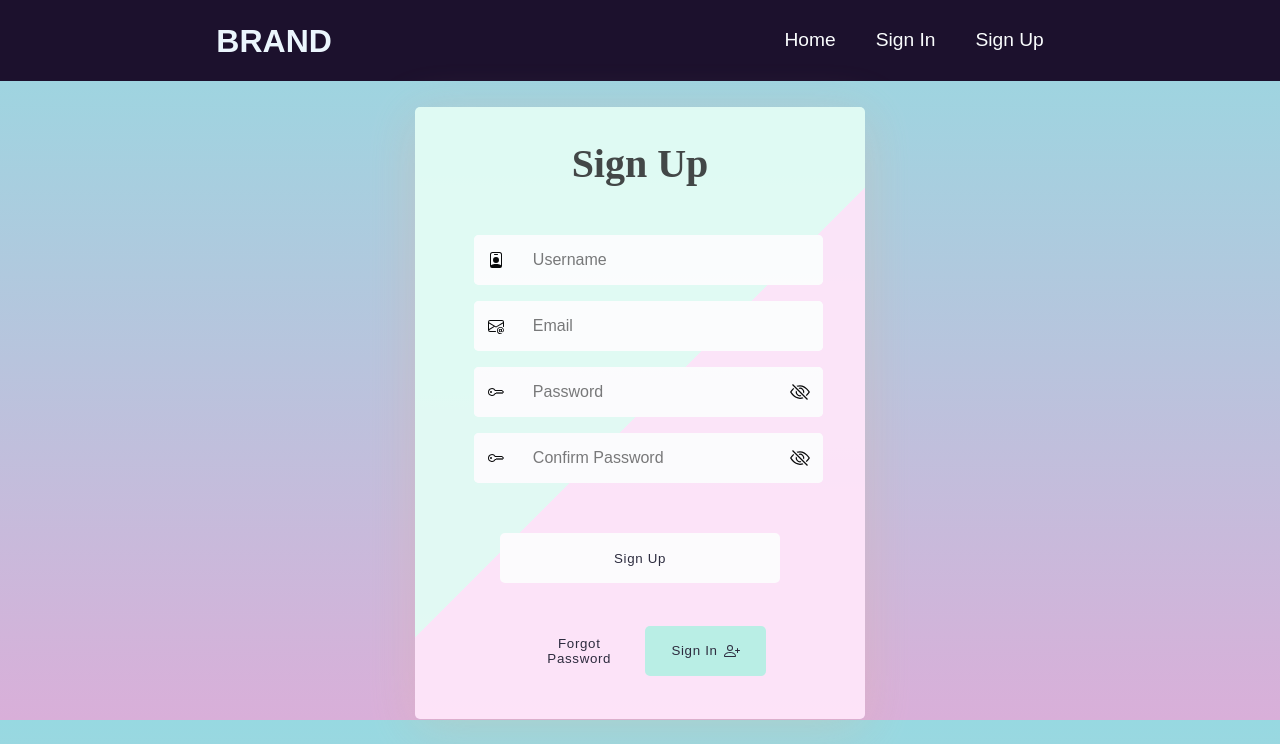
Repository: code-mtaani/ojwang-frontend
Page: /signup
The author's editor kept a copy of each file at every save. The page is drawn from the files as they stood at one save, then again after the next save.
The browser window is 1280 px wide. The pictures show the whole page.
Backgrounds fixed to the window are drawn as part of the page. The project was rebuilt for these pictures with package versions that can differ from the ones it lists, and the page was loaded fresh each time. Also part of the build but not shown: vite.config.ts, src/Pages/HomePage/Home.pages.tsx, src/Pages/SignIn/SignIn.pages.tsx.

Above is the page before, as saved 2023-02-01 14:07:42.

### src/App.tsx
import { BrowserRouter as Router, Routes, Route } from "react-router-dom";

import Navigation from "./Components/Nav";
import Home from './Pages/HomePage'
import SignIn from "./Pages/SignIn";
import SignUp from "./Pages/SignUp"

function App() {
  return (
    <Router>
      <div className="App">
        <Navigation />
        <Routes>
          <Route path="/" element={<Home />} />
          <Route path="/signin" element={<SignIn/>} />
          <Route path="/signup" element={<SignUp/>} />
        </Routes>
      </div>
    </Router>
  );
}

export default App;

### src/index.css
* {
  padding: 0;
  margin: 0;
  box-sizing: border-box;
}
/* End Global rules */

/* Start body rules */
body {
  background-image: linear-gradient(-225deg, #e3fdf5 0%, #ffe6fa 100%);
  background-image: linear-gradient(to top, #a8edea 0%, #fed6e3 100%);
  background-attachment: fixed;
  background-repeat: no-repeat;

  font-family: "Vibur", cursive;
  /*   the main font */
  font-family: "Abel", sans-serif;
  opacity: 0.95;
  background-image: linear-gradient(to top, #d9afd9 0%, #97d9e1 100%);
}
@media screen and (min-width: 440px) {
  .app{
    border:2px solid green;
  }
}
/* end body rules */

### src/Components/Nav/index.js
export {default} from './Navigation.component'

### src/Pages/HomePage/index.ts
export { default } from "./Home.pages";

### src/Pages/SignIn/index.ts
export { default } from './SignIn.pages'

### src/Pages/SignUp/index.ts
export {default} from './SignUp.pages'

### src/Components/Nav/Navigation.component.tsx
import React from "react";
import {Link} from "react-router-dom"
import './nav.css'

const Navigation = () => {
  return (
    <nav className="navbar">
      <div className="left">
        <h1><Link to="/"> BRAND </Link></h1>
      </div>

      <div className="right">
        <input type="checkbox" id="check" />
        <label htmlFor="check" className="checkBtn">
          <svg
            xmlns="http://www.w3.org/2000/svg"
            width="30"
            height="30"
            fill="currentColor"
            className="bi bi-justify"
            viewBox="0 0 16 16"
          >
            <path
              fillRule="evenodd"
              d="M2 12.5a.5.5 0 0 1 .5-.5h11a.5.5 0 0 1 0 1h-11a.5.5 0 0 1-.5-.5zm0-3a.5.5 0 0 1 .5-.5h11a.5.5 0 0 1 0 1h-11a.5.5 0 0 1-.5-.5zm0-3a.5.5 0 0 1 .5-.5h11a.5.5 0 0 1 0 1h-11a.5.5 0 0 1-.5-.5zm0-3a.5.5 0 0 1 .5-.5h11a.5.5 0 0 1 0 1h-11a.5.5 0 0 1-.5-.5z"
            />
          </svg>
        </label>

        <ul className="list">
          <li> <Link to="/">Home</Link></li>
          <li> <Link to="/signin">Sign In</Link></li>
          <li> <Link to="signup">Sign Up</Link></li>
        </ul>
      </div>
    </nav>
  );
};

export default Navigation;

### src/Pages/SignUp/SignUp.pages.tsx
import React from "react";
import "./Signup.css";

const SignUp = () => {
  return (
    <div className="overlay">
      <form>
        {/* con = Container  for items in the form */}
        <div className="con">
          {/* <!--     Start  header Content  --> */}
          <header className="head-form">
            <h2>Sign Up</h2>
          </header>
          {/* End  header Content */}
          <br />
          <div className="field-set">
            {/* inputs */}
            <div className="test">
              <div className="key">
                <svg
                  xmlns="http://www.w3.org/2000/svg"
                  width="16"
                  height="16"
                  fill="currentColor"
                  className="bi bi-person-badge"
                  viewBox="0 0 16 16"
                >
                  <path d="M6.5 2a.5.5 0 0 0 0 1h3a.5.5 0 0 0 0-1h-3zM11 8a3 3 0 1 1-6 0 3 3 0 0 1 6 0z" />
                  <path d="M4.5 0A2.5 2.5 0 0 0 2 2.5V14a2 2 0 0 0 2 2h8a2 2 0 0 0 2-2V2.5A2.5 2.5 0 0 0 11.5 0h-7zM3 2.5A1.5 1.5 0 0 1 4.5 1h7A1.5 1.5 0 0 1 13 2.5v10.795a4.2 4.2 0 0 0-.776-.492C11.392 12.387 10.063 12 8 12s-3.392.387-4.224.803a4.2 4.2 0 0 0-.776.492V2.5z" />
                </svg>
              </div>
              <input type="text" name="username" id="" placeholder="Username" />
              <div className="show"></div>
            </div>
            <div className="test">
              <div className="key">
                <svg
                  xmlns="http://www.w3.org/2000/svg"
                  width="16"
                  height="16"
                  fill="currentColor"
                  className="bi bi-envelope-at"
                  viewBox="0 0 16 16"
                >
                  <path d="M2 2a2 2 0 0 0-2 2v8.01A2 2 0 0 0 2 14h5.5a.5.5 0 0 0 0-1H2a1 1 0 0 1-.966-.741l5.64-3.471L8 9.583l7-4.2V8.5a.5.5 0 0 0 1 0V4a2 2 0 0 0-2-2H2Zm3.708 6.208L1 11.105V5.383l4.708 2.825ZM1 4.217V4a1 1 0 0 1 1-1h12a1 1 0 0 1 1 1v.217l-7 4.2-7-4.2Z" />
                  <path d="M14.247 14.269c1.01 0 1.587-.857 1.587-2.025v-.21C15.834 10.43 14.64 9 12.52 9h-.035C10.42 9 9 10.36 9 12.432v.214C9 14.82 10.438 16 12.358 16h.044c.594 0 1.018-.074 1.237-.175v-.73c-.245.11-.673.18-1.18.18h-.044c-1.334 0-2.571-.788-2.571-2.655v-.157c0-1.657 1.058-2.724 2.64-2.724h.04c1.535 0 2.484 1.05 2.484 2.326v.118c0 .975-.324 1.39-.639 1.39-.232 0-.41-.148-.41-.42v-2.19h-.906v.569h-.03c-.084-.298-.368-.63-.954-.63-.778 0-1.259.555-1.259 1.4v.528c0 .892.49 1.434 1.26 1.434.471 0 .896-.227 1.014-.643h.043c.118.42.617.648 1.12.648Zm-2.453-1.588v-.227c0-.546.227-.791.573-.791.297 0 .572.192.572.708v.367c0 .573-.253.744-.564.744-.354 0-.581-.215-.581-.8Z" />
                </svg>
              </div>
              <input type="email" name="email" placeholder="Email" />
              <div className="show"></div>
            </div>
            <div className="test">
              <div className="key">
                <svg
                  xmlns="http://www.w3.org/2000/svg"
                  width="16"
                  height="16"
                  fill="currentColor"
                  className="bi bi-key"
                  viewBox="0 0 16 16"
                >
                  <path d="M0 8a4 4 0 0 1 7.465-2H14a.5.5 0 0 1 .354.146l1.5 1.5a.5.5 0 0 1 0 .708l-1.5 1.5a.5.5 0 0 1-.708 0L13 9.207l-.646.647a.5.5 0 0 1-.708 0L11 9.207l-.646.647a.5.5 0 0 1-.708 0L9 9.207l-.646.647A.5.5 0 0 1 8 10h-.535A4 4 0 0 1 0 8zm4-3a3 3 0 1 0 2.712 4.285A.5.5 0 0 1 7.163 9h.63l.853-.854a.5.5 0 0 1 .708 0l.646.647.646-.647a.5.5 0 0 1 .708 0l.646.647.646-.647a.5.5 0 0 1 .708 0l.646.647.793-.793-1-1h-6.63a.5.5 0 0 1-.451-.285A3 3 0 0 0 4 5z" />
                  <path d="M4 8a1 1 0 1 1-2 0 1 1 0 0 1 2 0z" />
                </svg>
              </div>
              <input type="password" name="pasword" placeholder="Password" />
              <div className="show">
                <svg
                  xmlns="http://www.w3.org/2000/svg"
                  width="20"
                  height="20"
                  fill="currentColor"
                  className="bi bi-eye-slash"
                  viewBox="0 0 16 16"
                >
                  <path d="M13.359 11.238C15.06 9.72 16 8 16 8s-3-5.5-8-5.5a7.028 7.028 0 0 0-2.79.588l.77.771A5.944 5.944 0 0 1 8 3.5c2.12 0 3.879 1.168 5.168 2.457A13.134 13.134 0 0 1 14.828 8c-.058.087-.122.183-.195.288-.335.48-.83 1.12-1.465 1.755-.165.165-.337.328-.517.486l.708.709z" />
                  <path d="M11.297 9.176a3.5 3.5 0 0 0-4.474-4.474l.823.823a2.5 2.5 0 0 1 2.829 2.829l.822.822zm-2.943 1.299.822.822a3.5 3.5 0 0 1-4.474-4.474l.823.823a2.5 2.5 0 0 0 2.829 2.829z" />
                  <path d="M3.35 5.47c-.18.16-.353.322-.518.487A13.134 13.134 0 0 0 1.172 8l.195.288c.335.48.83 1.12 1.465 1.755C4.121 11.332 5.881 12.5 8 12.5c.716 0 1.39-.133 2.02-.36l.77.772A7.029 7.029 0 0 1 8 13.5C3 13.5 0 8 0 8s.939-1.721 2.641-3.238l.708.709zm10.296 8.884-12-12 .708-.708 12 12-.708.708z" />
                </svg>
              </div>
            </div>
            <div className="test">
              <div className="key">
                <svg
                  xmlns="http://www.w3.org/2000/svg"
                  width="16"
                  height="16"
                  fill="currentColor"
                  className="bi bi-key"
                  viewBox="0 0 16 16"
                >
                  <path d="M0 8a4 4 0 0 1 7.465-2H14a.5.5 0 0 1 .354.146l1.5 1.5a.5.5 0 0 1 0 .708l-1.5 1.5a.5.5 0 0 1-.708 0L13 9.207l-.646.647a.5.5 0 0 1-.708 0L11 9.207l-.646.647a.5.5 0 0 1-.708 0L9 9.207l-.646.647A.5.5 0 0 1 8 10h-.535A4 4 0 0 1 0 8zm4-3a3 3 0 1 0 2.712 4.285A.5.5 0 0 1 7.163 9h.63l.853-.854a.5.5 0 0 1 .708 0l.646.647.646-.647a.5.5 0 0 1 .708 0l.646.647.646-.647a.5.5 0 0 1 .708 0l.646.647.793-.793-1-1h-6.63a.5.5 0 0 1-.451-.285A3 3 0 0 0 4 5z" />
                  <path d="M4 8a1 1 0 1 1-2 0 1 1 0 0 1 2 0z" />
                </svg>
              </div>
              <input
                type="password"
                name="confirmPassword"
                placeholder="Confirm Password"
              />
              <div className="show">
                <svg
                  xmlns="http://www.w3.org/2000/svg"
                  width="20"
                  height="20"
                  fill="currentColor"
                  className="bi bi-eye-slash"
                  viewBox="0 0 16 16"
                >
                  <path d="M13.359 11.238C15.06 9.72 16 8 16 8s-3-5.5-8-5.5a7.028 7.028 0 0 0-2.79.588l.77.771A5.944 5.944 0 0 1 8 3.5c2.12 0 3.879 1.168 5.168 2.457A13.134 13.134 0 0 1 14.828 8c-.058.087-.122.183-.195.288-.335.48-.83 1.12-1.465 1.755-.165.165-.337.328-.517.486l.708.709z" />
                  <path d="M11.297 9.176a3.5 3.5 0 0 0-4.474-4.474l.823.823a2.5 2.5 0 0 1 2.829 2.829l.822.822zm-2.943 1.299.822.822a3.5 3.5 0 0 1-4.474-4.474l.823.823a2.5 2.5 0 0 0 2.829 2.829z" />
                  <path d="M3.35 5.47c-.18.16-.353.322-.518.487A13.134 13.134 0 0 0 1.172 8l.195.288c.335.48.83 1.12 1.465 1.755C4.121 11.332 5.881 12.5 8 12.5c.716 0 1.39-.133 2.02-.36l.77.772A7.029 7.029 0 0 1 8 13.5C3 13.5 0 8 0 8s.939-1.721 2.641-3.238l.708.709zm10.296 8.884-12-12 .708-.708 12 12-.708.708z" />
                </svg>
              </div>
            </div>
            <br />
            {/*  buttons */}
            {/*button LogIn */}
            <button className="log-in"> Sign Up </button>
          </div>

          {/* other buttons */}
          <div className="other">
            {/* Forgot Password button */}
            <button className="btn submits frgt-pass">Forgot Password</button>
            {/* Sign Up button */}
            <button className="btn submits sign-up">
              Sign In
              {/* Sign Up font icon */}
              <svg
                xmlns="http://www.w3.org/2000/svg"
                width="16"
                height="16"
                fill="currentColor"
                className="bi bi-person-plus"
                viewBox="0 0 16 16"
              >
                <path d="M6 8a3 3 0 1 0 0-6 3 3 0 0 0 0 6zm2-3a2 2 0 1 1-4 0 2 2 0 0 1 4 0zm4 8c0 1-1 1-1 1H1s-1 0-1-1 1-4 6-4 6 3 6 4zm-1-.004c-.001-.246-.154-.986-.832-1.664C9.516 10.68 8.289 10 6 10c-2.29 0-3.516.68-4.168 1.332-.678.678-.83 1.418-.832 1.664h10z" />
                <path
                  fillRule="evenodd"
                  d="M13.5 5a.5.5 0 0 1 .5.5V7h1.5a.5.5 0 0 1 0 1H14v1.5a.5.5 0 0 1-1 0V8h-1.5a.5.5 0 0 1 0-1H13V5.5a.5.5 0 0 1 .5-.5z"
                />
              </svg>
            </button>
            {/* End Other the Division */}
          </div>

          {/* End Conrainer */}
        </div>

        {/* End Form */}
      </form>
    </div>
  );
};

export default SignUp;

### src/Components/Nav/nav.css
.navbar{
    background-color: rgb(22,7,36);
    display: flex;
    justify-content: space-around;
    align-items: center;
    line-height: 5rem;
}

.left h1{
    font-size: 2rem;
    cursor: pointer;
}
.left h1 a{
    text-decoration: none;
    color: aliceblue;
}

.checkBtn{
    display: none;
}
#check{
    display: none;
}
.checkBtn{
    cursor: pointer;
    font-size: 30px;
    float: right;
    color: #ed1e79;
    line-height: 88px;
}

.right ul{
    display: flex;
    list-style: none;
}
.right ul li a {
    padding: 10px 20px;
    font-size: 1.2rem;
    color: white;
    cursor: pointer;
    text-decoration: none;
    transition: all 1s;
}

.right ul li a:hover{
    background-color: #fff;
    border-radius: 7px;
    color: rgb(22, 7, 36);
    margin-left: 4px ;
    margin-right: 4px ;
}

/* ================================== Media Queries=================================================== */

@media screen and (max-width:805px){
    .list{
        width: 100%;
        height: 100vh;
        background-color: rgb(22, 7, 36);
        text-align: center;
        display: flex;
        flex-direction: column;
        position: fixed;
        top: 5rem;
        left: 100%;
        transition: all 1s;
    }

    #check{
        display: none;
    }
    .checkBtn{
        display: block;
    }
    #check:checked~ul{
        left: 0%
    }
}
@media screen and (max-width:450px) {
    .navbar{
        width: 100vw;
    }

}

### src/Pages/SignUp/Signup.css
/* Start form  attributes */
form {
  width: 450px;
  min-height: 500px;
  height: auto;
  border-radius: 5px;
  margin: 2% auto;
  box-shadow: 0 9px 50px hsla(20, 67%, 75%, 0.31);
  padding: 2%;
  background-image: linear-gradient(-225deg, #e3fdf5 50%, #ffe6fa 50%);
}
@media screen and (max-width: 450px) {
  form {
    width: 90vw;
    margin: 20 auto;
  }
}
/* form Container */
form .con {
  display: -webkit-flex;
  display: flex;

  -webkit-justify-content: space-around;
  justify-content: space-around;

  -webkit-flex-wrap: wrap;
  flex-wrap: wrap;
  margin: 0 auto;
}

/* the header form  */
header {
  margin: 2% auto 10% auto;
  text-align: center;
}
/* Login title form  */
header h2 {
  font-size: 250%;
  font-family: "Playfair Display", serif;
  color: #3e403f;
}
/*  A welcome message or an explanation of the login form */
header p {
  letter-spacing: 0.05em;
}
header img {
  width: 10rem;
  height: 8rem;
}


/* focus  */
input:focus {
  transform: translateX(-3px);
  border-radius: 5px;
}

.test {
  display: flex;
  justify-content: space-between;
  align-items: center;
  background-color: white;
  height: 50px;
  margin: 0.5rem;
  border-radius: 0.3rem;
  width: 100%;
}
.test .key {
  background-color: white;
  display: flex;
  align-items: center;
  justify-content: center;
  width: 3rem;
  height: 100%;
  border-radius: 5px 0px 0px 5px;
}
.test .key svg {
  margin: 5px;
}
.test input {
  height: 100%;
  width: 80%;
  font-size: 16px;
  padding: 15px;
  font-family: "Abel", sans-serif;
  font-size: 16px;
  color: #5e6472;
  transition: 0.4s linear;
   outline: none;
  border: none;
}
.test .show {
  background-color: white;
  height: 100%;
  display: flex;
  align-items: center;
  justify-content: center;
  width: 3rem;
  border-radius: 0px 5px 5px 0px;
}
.field-set {
    display: flex;
    flex-direction: column;
}
/* input[type="text"] {min-width: 250px;} */
/* buttons  */

button {
  display: inline-block;
  color: #252537;

  width: 280px;
  height: 50px;

  padding: 0 20px;
  background: #fff;
  border-radius: 5px;

  outline: none;
  border: none;

  cursor: pointer;
  text-align: center;
  transition: all 0.2s linear;

  margin: 7% auto;
  letter-spacing: 0.05em;
}

/* Submits */
.submits {
  width: 48%;
  display: inline-block;
  float: left;
  margin-left: 2%;
}

/*       Forgot Password button FAF3DD  */
.frgt-pass {
  background: transparent;
}
/*     Sign Up button  */
.sign-up {
  background: #b8f2e6;
  display: flex;
  align-items: center;
  justify-content: space-evenly;
  font-weight: 500;
}

/* buttons hover */
button:hover {
  transform: translatey(3px);
  box-shadow: none;
}

/* buttons hover Animation */
button:hover {
  animation: ani9 0.4s ease-in-out infinite alternate;
}
@keyframes ani9 {
  0% {
    transform: translateY(3px);
  }
  100% {
    transform: translateY(5px);
  }
}
/* ================================== */

Loaded but not shown: index.html (common file); src/main.tsx (common file)

After the next save:
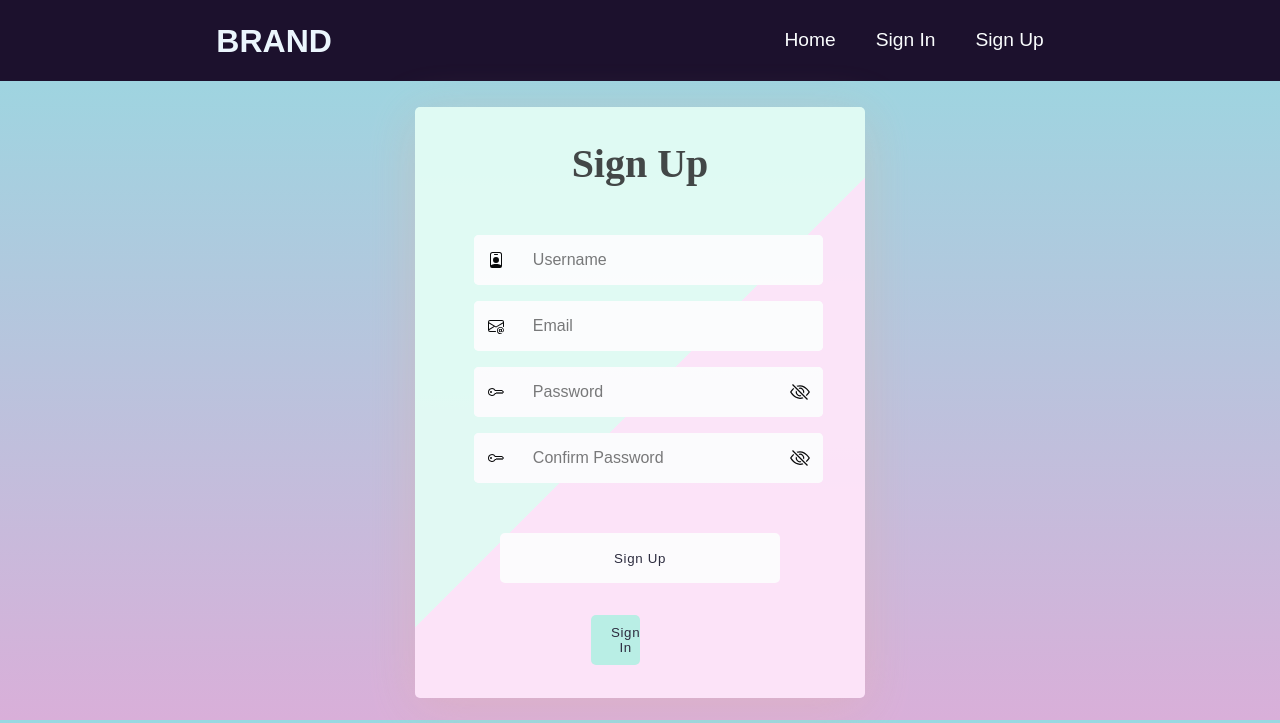
Saved 39 s later.
--- a/src/Pages/SignUp/SignUp.pages.tsx
+++ b/src/Pages/SignUp/SignUp.pages.tsx
@@ -122,7 +122,7 @@
           {/* other buttons */}
           <div className="other">
             {/* Forgot Password button */}
-            <button className="btn submits frgt-pass">Forgot Password</button>
+            {/* <button className="btn submits frgt-pass">Forgot Password</button> */}
             {/* Sign Up button */}
             <button className="btn submits sign-up">
               Sign In

After the save that followed:
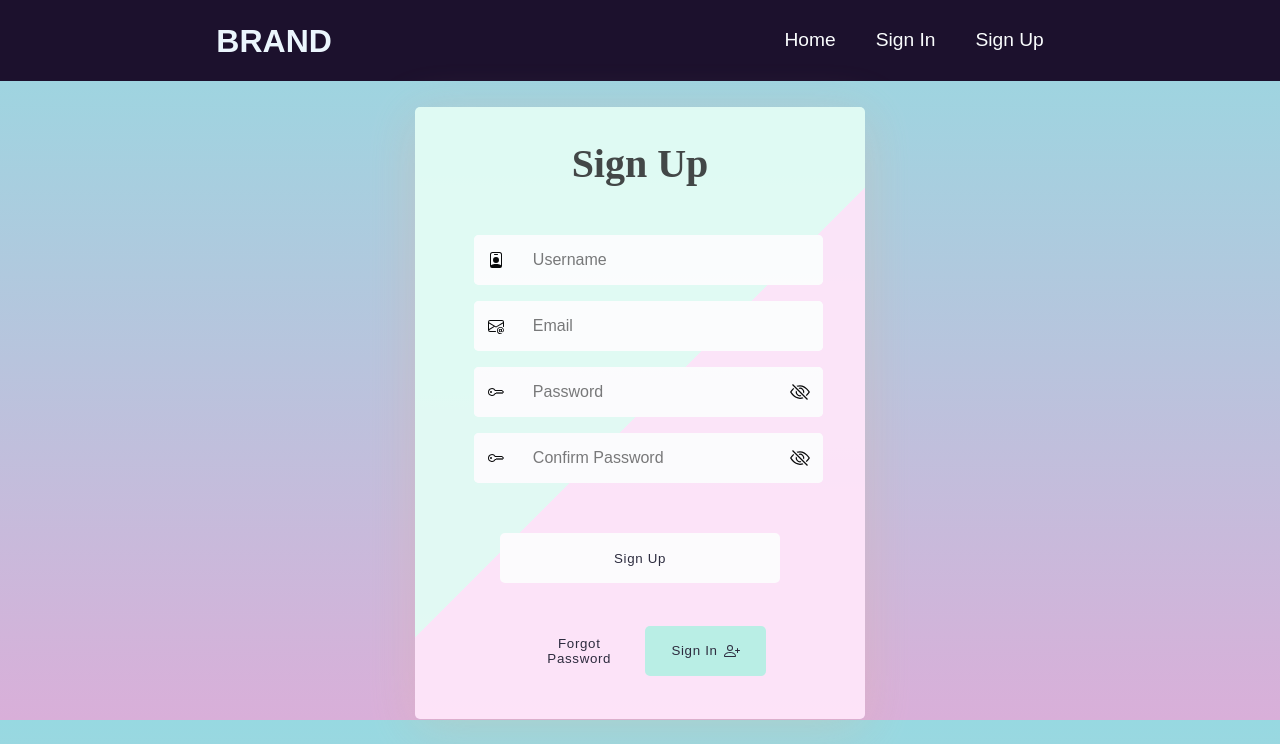
Saved 14 s later.
--- a/src/Pages/SignUp/SignUp.pages.tsx
+++ b/src/Pages/SignUp/SignUp.pages.tsx
@@ -122,7 +122,7 @@
           {/* other buttons */}
           <div className="other">
             {/* Forgot Password button */}
-            {/* <button className="btn submits frgt-pass">Forgot Password</button> */}
+            <button className="btn submits frgt-pass">Forgot Password</button>
             {/* Sign Up button */}
             <button className="btn submits sign-up">
               Sign In
